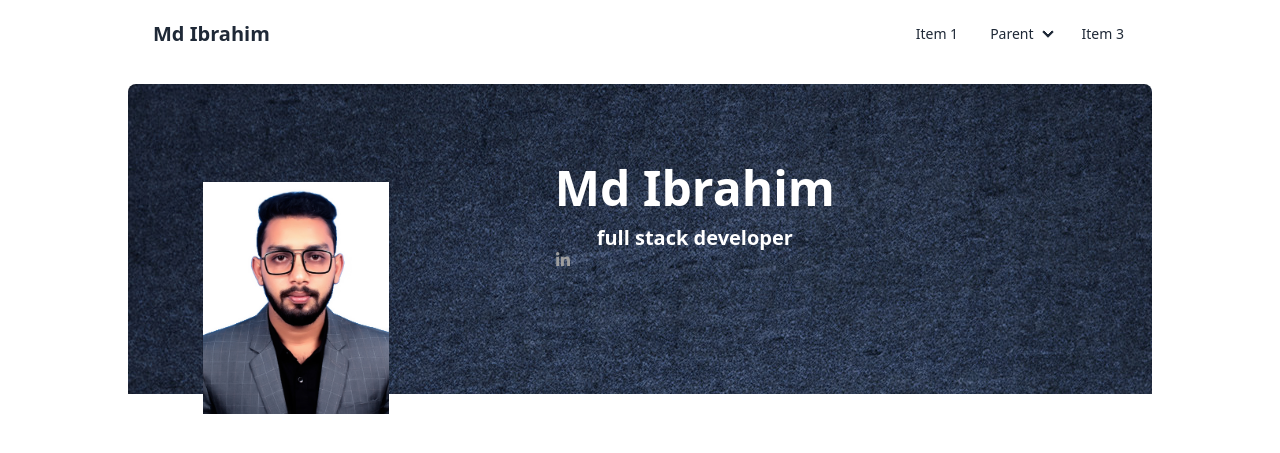
Repository: mdrubel02/portfilo
Page: /
The author's editor kept a copy of each file at every save. The page is drawn from the files as they stood at one save, then again after the next save.
The browser window is 1280 px wide. The pictures show the whole page.
The project was rebuilt for these pictures with package versions that can differ from the ones it lists, and the page was loaded fresh each time. Also part of the build but not shown: vite.config.js.

Above is the page before, as saved 2023-06-25 14:52:34.

After the next save:
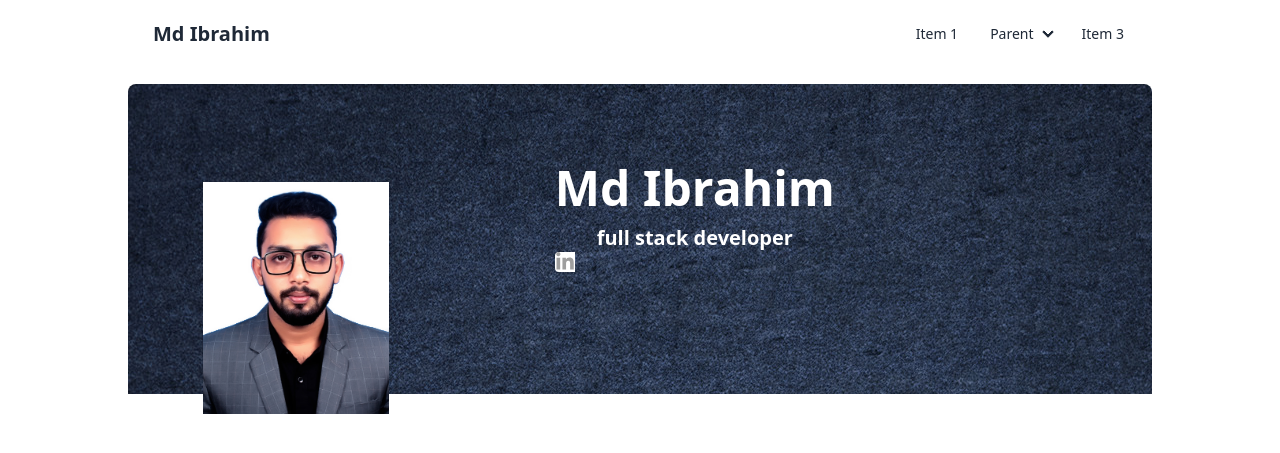
Saved 30 s later.
--- a/src/Pages/Home/Home.jsx
+++ b/src/Pages/Home/Home.jsx
@@ -20,7 +20,7 @@ const Home = () => {
                                 <h3 className='text-5xl text-white font-extrabold font-sans tracking-normal'>Md Ibrahim</h3>
                                 <p className='text-center mt-3 text-xl text-white font-bold font-poppins'>full stack developer</p>
                                 <div>
-                                    <span className=' bg-white h-5 w-5 rounded-s' ><FaLinkedinIn className='text-[#9e9e9e]' /></span>
+                                    <span className='' ><FaLinkedinIn className='text-[#9e9e9e]  bg-white h-5 w-5 rounded-s' /></span>
                                 </div>
                             </div>
                         </div>
